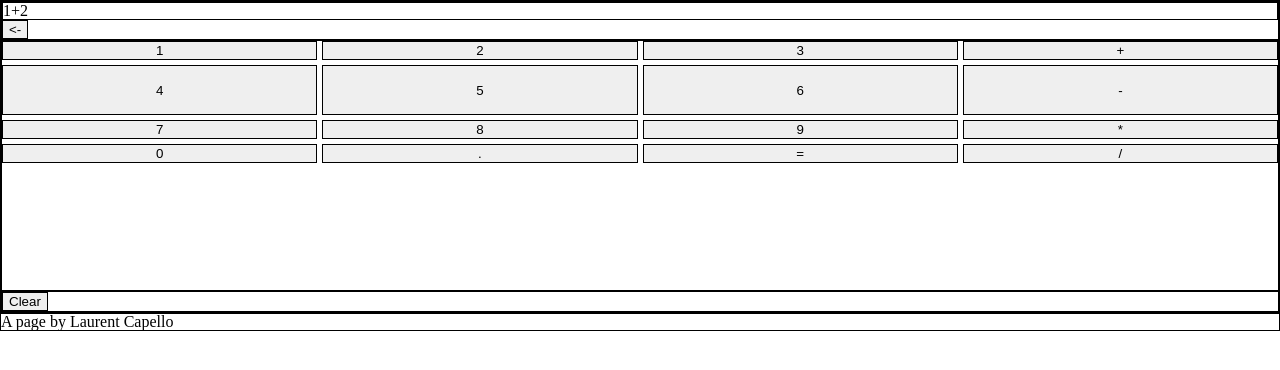
Repository: sokafootball/js-calculator
Page: index.html
The author's editor kept a copy of each file at every save. The page is drawn from the files as they stood at one save, then again after the next save.
The browser window is 1280 px wide. The pictures show the whole page.

Above is the page before, as saved 2020-04-25 11:29:04.

After the next save:
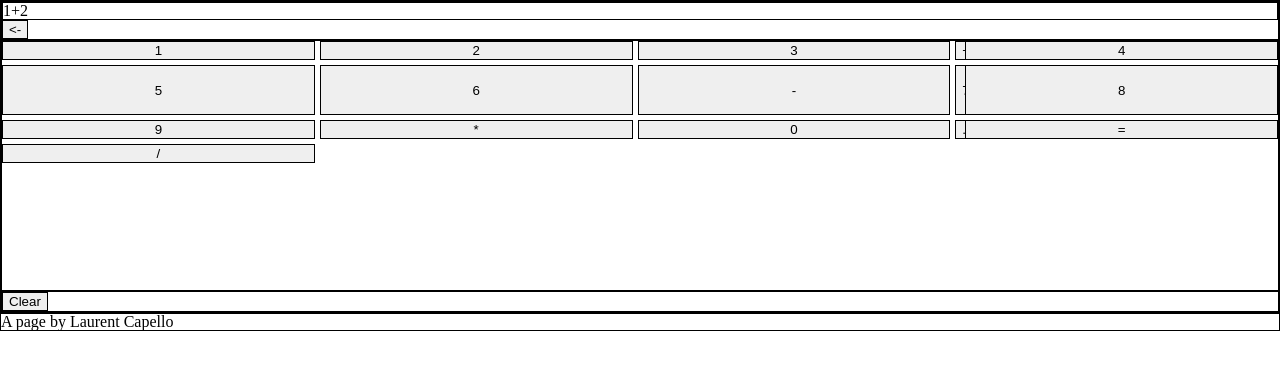
Saved 32 s later.
--- a/style.css
+++ b/style.css
@@ -18,6 +18,6 @@
     "numpad numpad numpad operators"
     "bottom-separator bottom-separator bottom-separator bottom-separator"
     ". clear clear .";
-  grid-template-columns: repeat(3, 1fr) [num-col-end] 1fr;
+  grid-template-columns: repeat(3, 1fr) 5px 1fr;
   grid-template-rows: 1fr 50px repeat(4, 1fr) 50px 1fr;
 }
